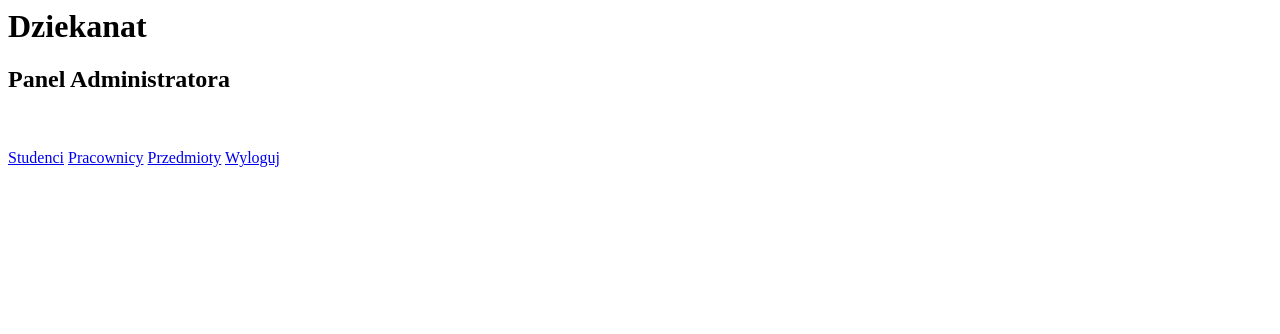
Repository: wojciechDrozd/php
Page: http://localhost/adminMenuBar.php
The author's editor kept a copy of each file at every save. The page is drawn from the files as they stood at one save, then again after the next save.
The browser window is 1280 px wide. The pictures show the whole page.
The page is run by PHP 8.4 with error messages shown; the project is at /var/www/html/.

Above is the page before, as saved 2017-04-12 21:15:09.

After the next save:
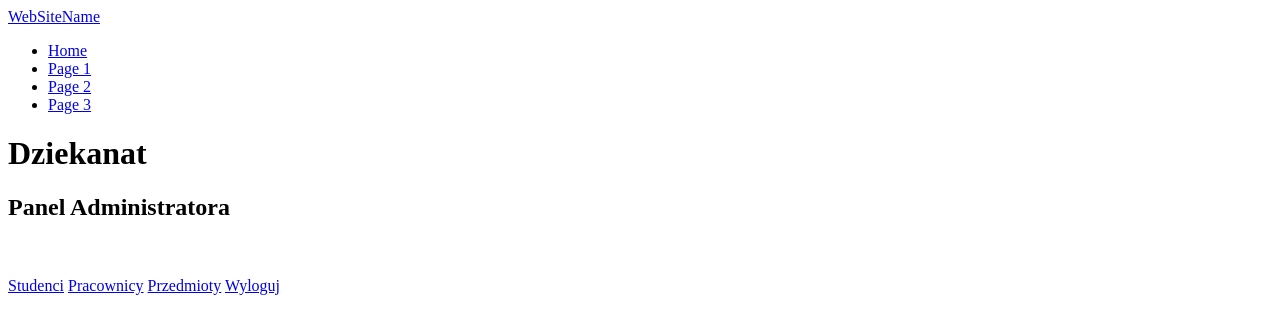
Saved 4 min 33 s later.
--- a/1/CRUDexample/adminMenuBar.php
+++ b/1/CRUDexample/adminMenuBar.php
@@ -1,3 +1,18 @@
+<nav class="navbar navbar-default">
+  <div class="container-fluid">
+    <div class="navbar-header">
+      <a class="navbar-brand" href="#">WebSiteName</a>
+    </div>
+    <ul class="nav navbar-nav">
+      <li class="active"><a href="#">Home</a></li>
+      <li><a href="#">Page 1</a></li>
+      <li><a href="#">Page 2</a></li>
+      <li><a href="#">Page 3</a></li>
+    </ul>
+  </div>
+</nav>
+
+
 <div class="container">
 	<div class="row">
 		<div class="col-md-12">
